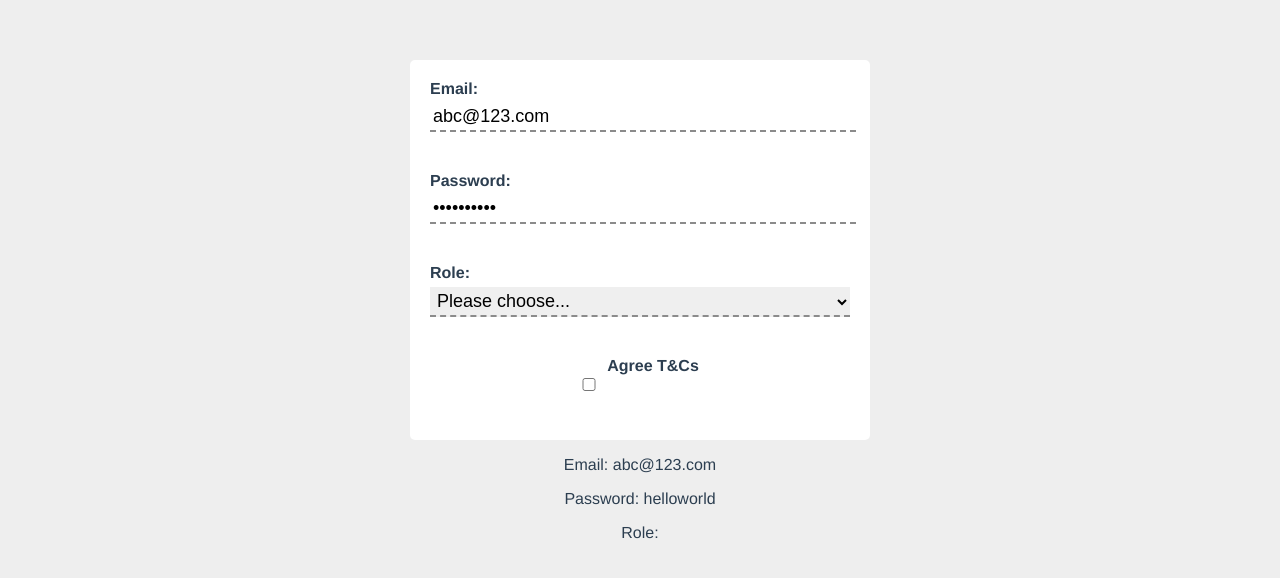
Repository: technogize/vue-forms
Page: /
The author's editor kept a copy of each file at every save. The page is drawn from the files as they stood at one save, then again after the next save.
The browser window is 1280 px wide. The pictures show the whole page.
The project was rebuilt for these pictures with package versions that can differ from the ones it lists, and the page was loaded fresh each time.

Above is the page before, as saved 2021-02-26 14:31:56.

After the next save:
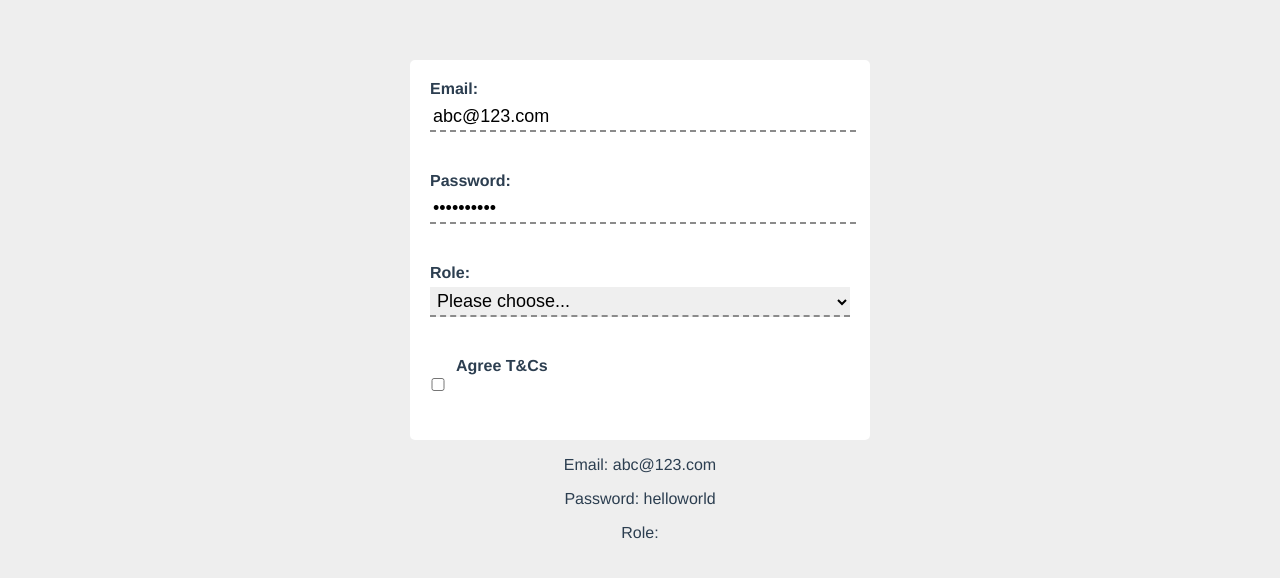
Saved 7 s later.
--- a/src/components/SignupForm.vue
+++ b/src/components/SignupForm.vue
@@ -90,6 +90,7 @@ export default {
   }
 
   .field {
+    text-align: left;
     margin-bottom: 40px;
   }
 </style>
